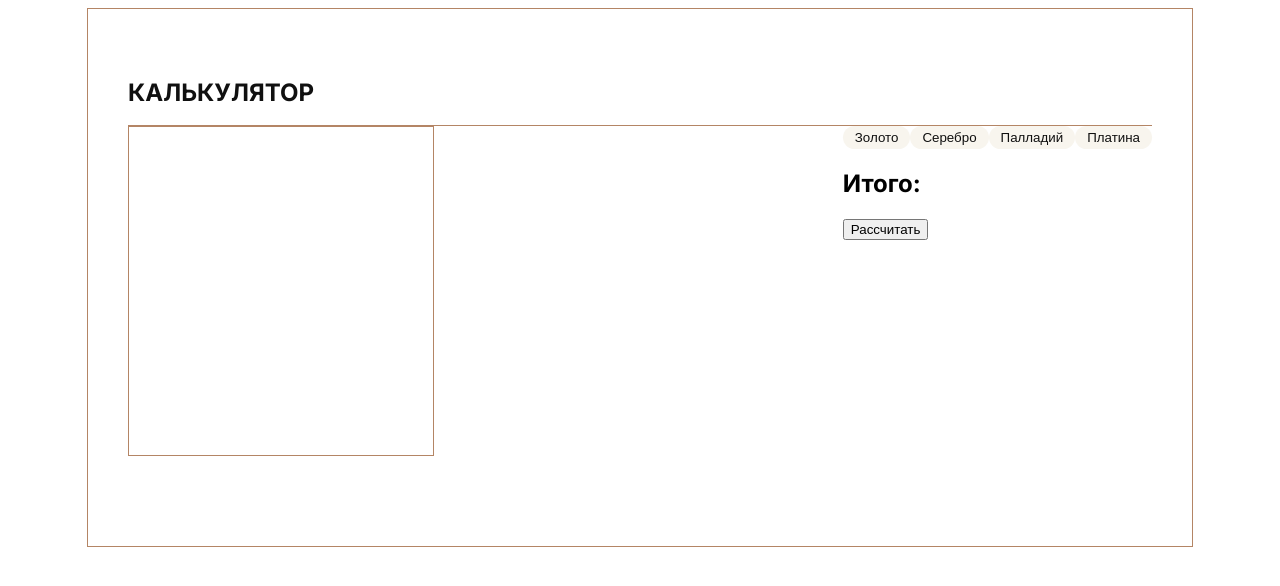
Repository: Kirill2034/Calculator-metal
Page: /
These files come from the project's save history. The page is drawn as it stood at one moment and after the next save; the edit follows.
The browser window is 1280 px wide. The pictures show the whole page.
The project was rebuilt for these pictures with package versions that can differ from the ones it lists, and the page was loaded fresh each time.

Above is the page before, as saved 2021-11-27 18:34:28.

### public/index.html
<!DOCTYPE html>
<html lang="en">
  <head>
    <meta charset="utf-8" />
    <meta name="viewport" content="width=device-width, initial-scale=1" />

    <link rel="preconnect" href="https://fonts.googleapis.com">
    <link rel="preconnect" href="https://fonts.gstatic.com" crossorigin>
    <link href="https://fonts.googleapis.com/css2?family=Inter:wght@300;400;500;700&display=swap" rel="stylesheet">

    <title>Калькулятор</title>
  </head>
  <body>
    <div id="root"></div>
  </body>
</html>

### src/App.js
import React, { useState } from 'react';
import './App.css';
import {BtnRadio} from './components/BtnRadio';

const metals = [
  {
    id: 1,
    code: "gold",
    title: "Золото",
    finenessList: [
      {id: 1, value: 375, cash: 90, checkingAccount: 100},
      {id: 1, value: 575, cash: 190, checkingAccount: 250}
    ]
  },
  {
    id: 2,
    code: "argent",
    title: "Серебро",
    finenessList: [
      {id: 1, value: 375, cash: 90, checkingAccount: 100},
      {id: 1, value: 575, cash: 190, checkingAccount: 250}
    ]
  },
  {
    id: 3,
    code: "palladium",
    title: "Палладий",
    finenessList: [
      {id: 1, value: 375, cash: 90, checkingAccount: 100},
      {id: 1, value: 575, cash: 190, checkingAccount: 250}
    ]
  },
  {
    id: 4,
    code: "platinum",
    title: "Платина",
    finenessList: [
      {id: 1, value: 375, cash: 90, checkingAccount: 100},
      {id: 1, value: 575, cash: 190, checkingAccount: 250}
    ]
  },
]

const App = () => {

  const [selectedMetalId, setselectedMetalId] = useState(null);

  const onMetalItemClick = (id) => {
    setselectedMetalId(id);
  };

  return (
    <div className="App">
      <div className="title">
        <h2>Калькулятор</h2>
      </div>
      <div className="calculator">
        <div className="metal-image"></div>
        <div className="content">
          <div className="check-metal">
            {metals.map((metal) => (
            <BtnRadio
              key={metal.id}
              item={metal}
              selected={selectedMetalId === metal.id}
              onClick={onMetalItemClick}
              />
          ))}
          </div>
          <div className="select-prop-metal"></div>
          <div className="calculate">
            <h2>Итого:</h2>
            <button>Рассчитать</button>
          </div>
        </div>
      </div>
    </div>
  );
}

export default App;

### src/App.css
.App {width: 1024px; height: 537px; border: 1px solid #B48565; margin: 0 auto; font-family: 'Inter', sans-serif; padding: 0 40px;}
.App .title {border-bottom: 1px solid #B48565; text-transform: uppercase; font-weight: 900; font-size: 16px; line-height: 24px; color: #101010; margin-top: 72px;}

.App .calculator {display: flex;  justify-content: space-between;}
.App .calculator .metal-image {width: 304px; height: 328px; border: 1px solid #B48565}

### src/components/BtnRadio/index.js
import BtnRadio from './BtnRadio.js';
export {BtnRadio};

### src/components/BtnRadio/BtnRadio.js
import React from 'react';
import './BtnRadio.css';
import cn from "classnames";

const BtnRadio = ({item, selected, onClick}) => {
    return (
        <button
            className={cn("BtnRadio", {selected})}
            onClick={() => onClick(item.id)}
        >{item.title}</button>
    )
}

export default BtnRadio;

### src/components/BtnRadio/BtnRadio.css
.BtnRadio {border: none; box-shadow: none; outline: none; background: #F8F5EE; border-radius: 100px; padding: 4px 12px; color: #101010};
.BtnRadio:hover {border: 1px solid #B48565; cursor: pointer;}
.BtnRadio.selected {color: #F8F5EE; background: #B48565;}

Loaded but not shown: src/index.js (common file)

After the next save:
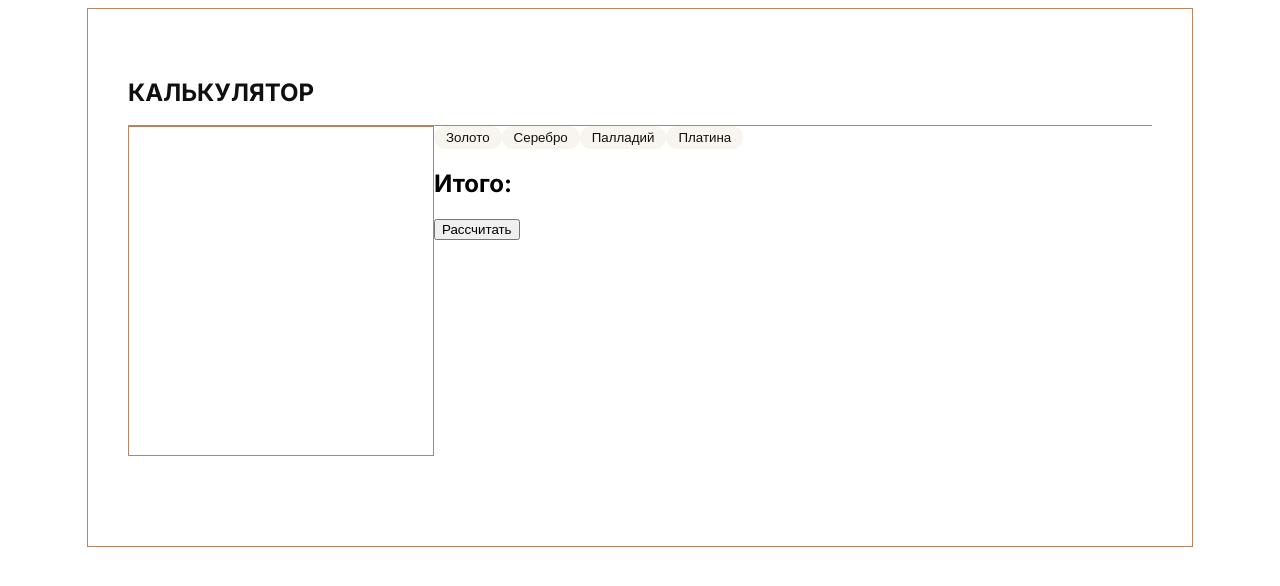
Saved 13 s later.
--- a/src/App.css
+++ b/src/App.css
@@ -1,5 +1,5 @@
 .App {width: 1024px; height: 537px; border: 1px solid #B48565; margin: 0 auto; font-family: 'Inter', sans-serif; padding: 0 40px;}
 .App .title {border-bottom: 1px solid #B48565; text-transform: uppercase; font-weight: 900; font-size: 16px; line-height: 24px; color: #101010; margin-top: 72px;}
 
-.App .calculator {display: flex;  justify-content: space-between;}
+.App .calculator {display: flex;}
 .App .calculator .metal-image {width: 304px; height: 328px; border: 1px solid #B48565}
